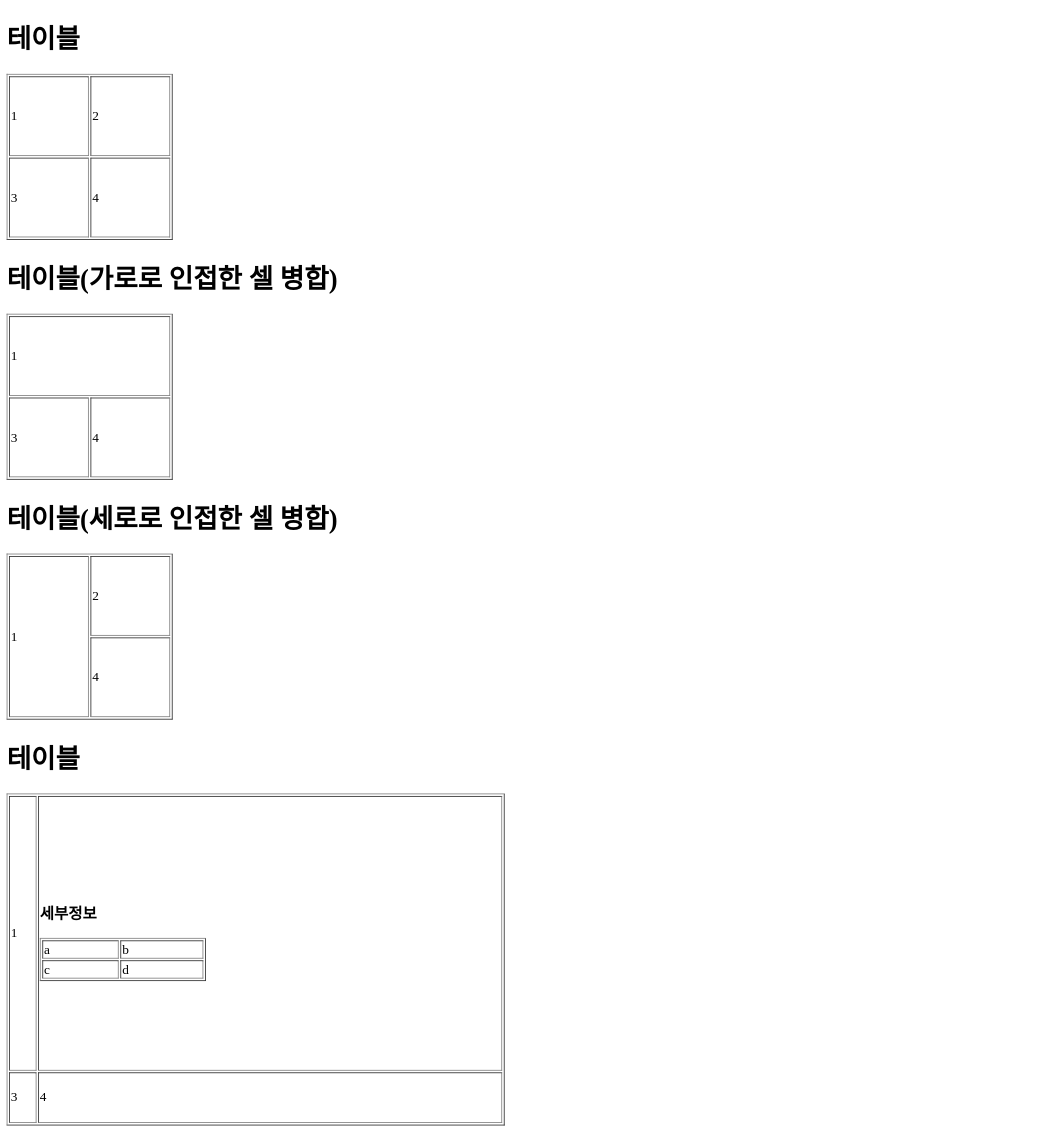
Repository: dnjs0/HCJ
Page: ClientTest/src/main/webapp/ex17_table.html
The author's editor kept a copy of each file at every save. The page is drawn from the files as they stood at one save, then again after the next save.
The browser window is 1280 px wide. The pictures show the whole page, at 83% of full size.

Above is the page before, as saved 2025-02-12 00:33:43.

After the next save:
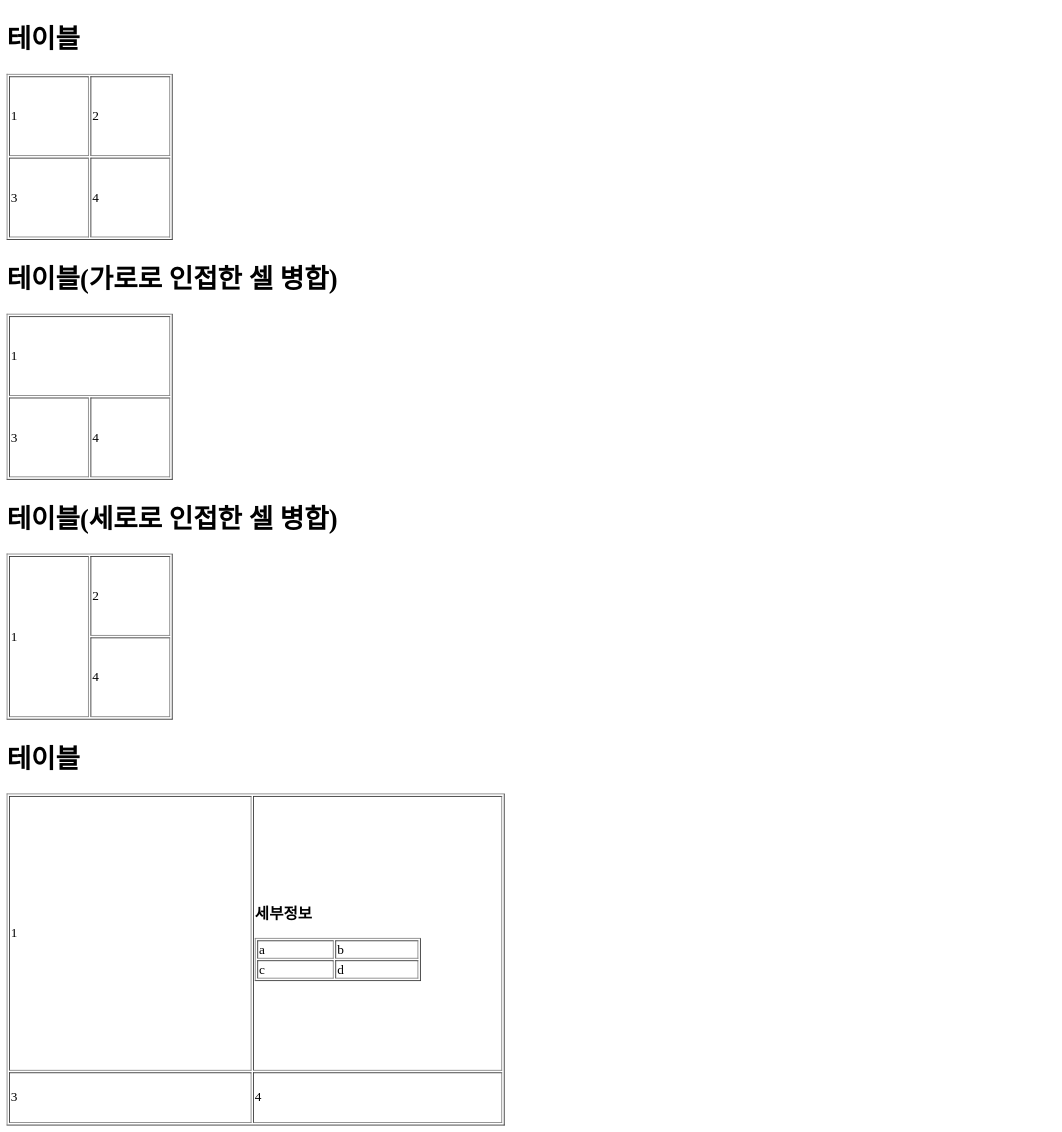
Saved 54 s later.
--- a/ClientTest/src/main/webapp/ex17_table.html
+++ b/ClientTest/src/main/webapp/ex17_table.html
@@ -58,11 +58,11 @@
      <h1>테이블</h1>
      <table border="1" width="600" height="400">
         <tr>
-            <td>1</td>
-            <td>
+            <td width="300" >1</td>
+            <td width="300" >
                 <h3>세부정보</h3>
                 <table border="1" width="200">
-                    <tr>
+                    <tr >
                         <td>a</td>
                         <td>b</td>
                     </tr>
